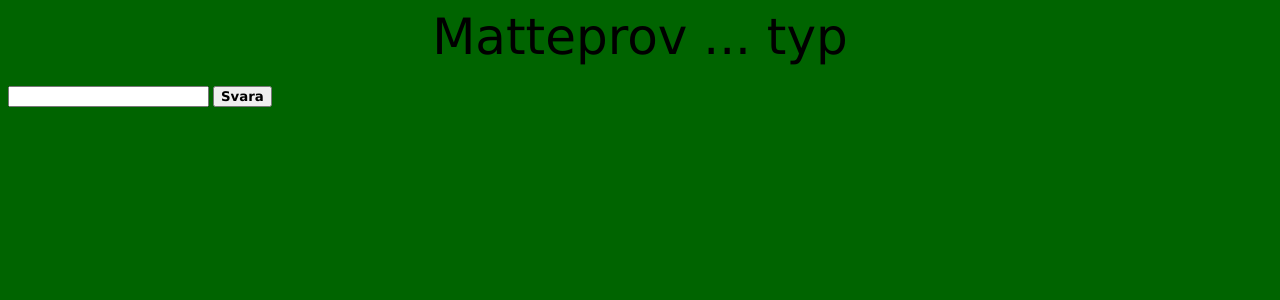
Repository: MartinArvidsson/1dv403-laborationer-Martin-Arvidsson
Page: 4-thequiz/Index.html
The author's editor kept a record of every edit. The page is drawn from the files as they stood at one moment, then again after the next edit.
The browser window is 1280 px wide. The pictures show the whole page.
The page's requests for data from a server got no answer.

Above is the page before.

After the next edit:
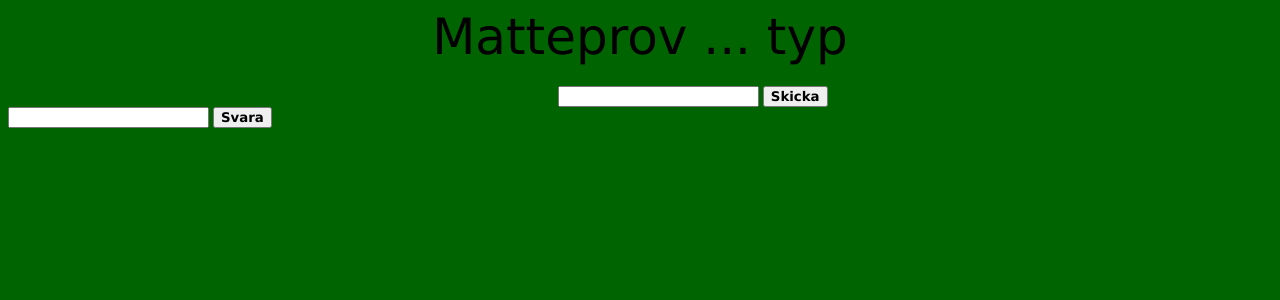
The edit:
--- a/4-thequiz/Index.html
+++ b/4-thequiz/Index.html
@@ -13,7 +13,10 @@
                 <p id="question"></p>
                 </div>
 
-
+                <form>
+                    <input type="text" id="svar"/>
+                    <input type="submit" id="Button" value="Skicka"/>
+                </form>
 
                 <input type="text" id="svar" />
                 <input type="submit" id="Button" value="Svara"/>
